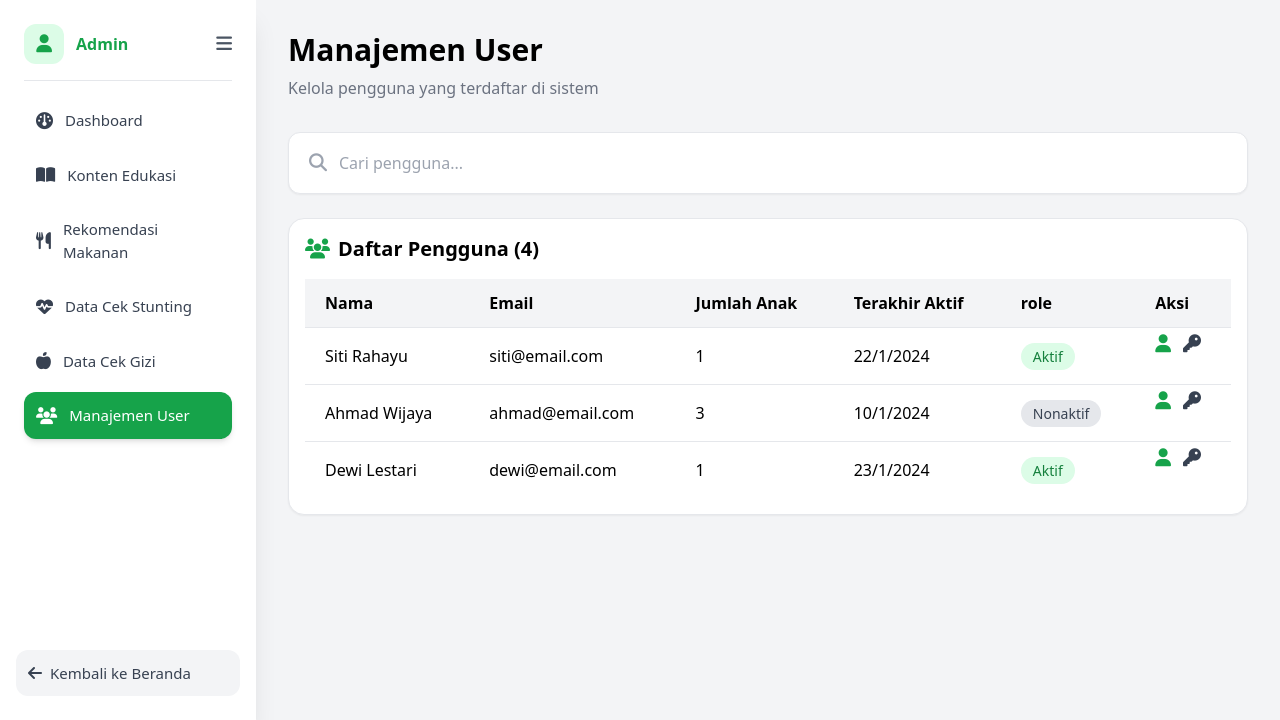
Repository: crashyet/stunting-cerdas
Page: http://localhost/admin/manajemen-user
These files come from the project's save history. The page is drawn as it stood at one moment and after a run of saves; the edit follows.
The browser window is 1280 px wide. The pictures show the whole page.
Some web libraries are served in a nearby version. The page is served by the project's Laravel application, run on PHP 8.4 with Laravel 12. A made-up administrator, Test User (test@example.com), is signed in. Queries for data that is not in the repository find no rows.

Above is the page before, as saved 2025-12-09 15:14:44.

After the next 2 saves:
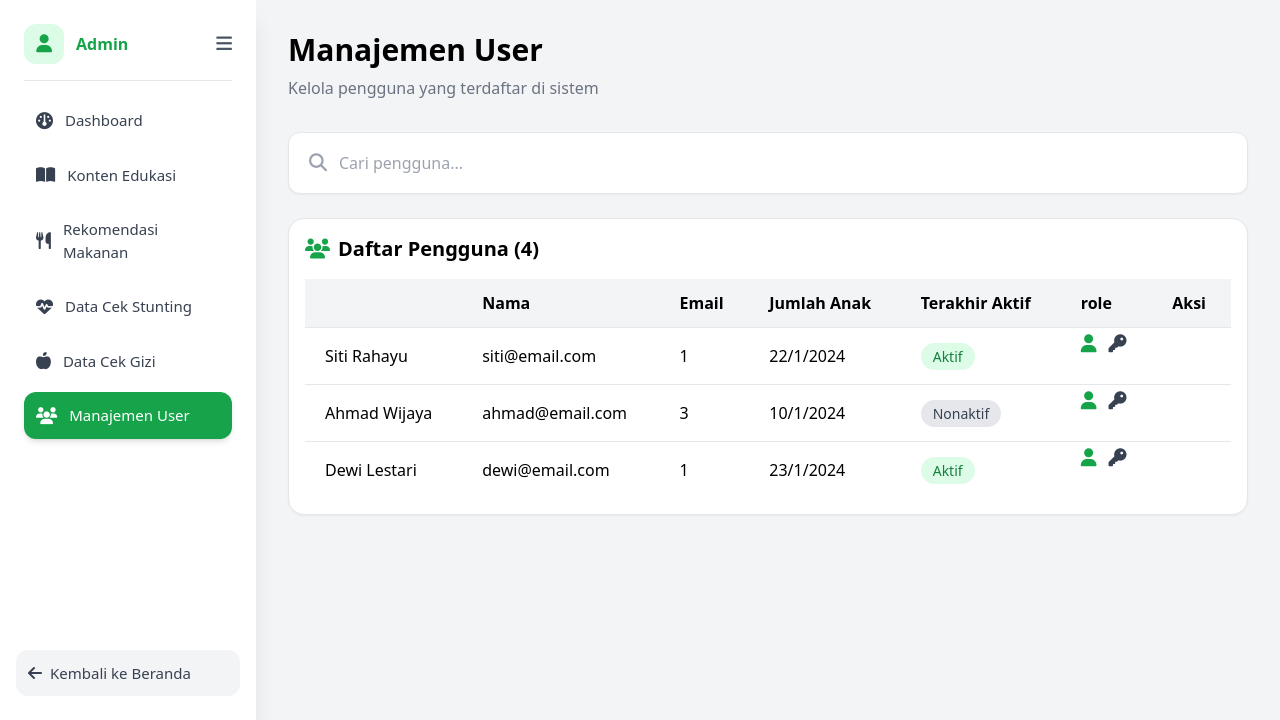
The 2 saves are shown as one change because they came seconds apart.
The last was saved 43 s later.
--- a/resources/views/admin/manajemen-user.blade.php
+++ b/resources/views/admin/manajemen-user.blade.php
@@ -32,6 +32,7 @@
         <table class="w-full text-left">
             <thead class="bg-gray-100 border-b">
                 <tr>
+                    <th></th>
                     <th class="py-3 px-5">Nama</th>
                     <th class="py-3 px-5">Email</th>
                     <th class="py-3 px-5">Jumlah Anak</th>

After the save that followed:
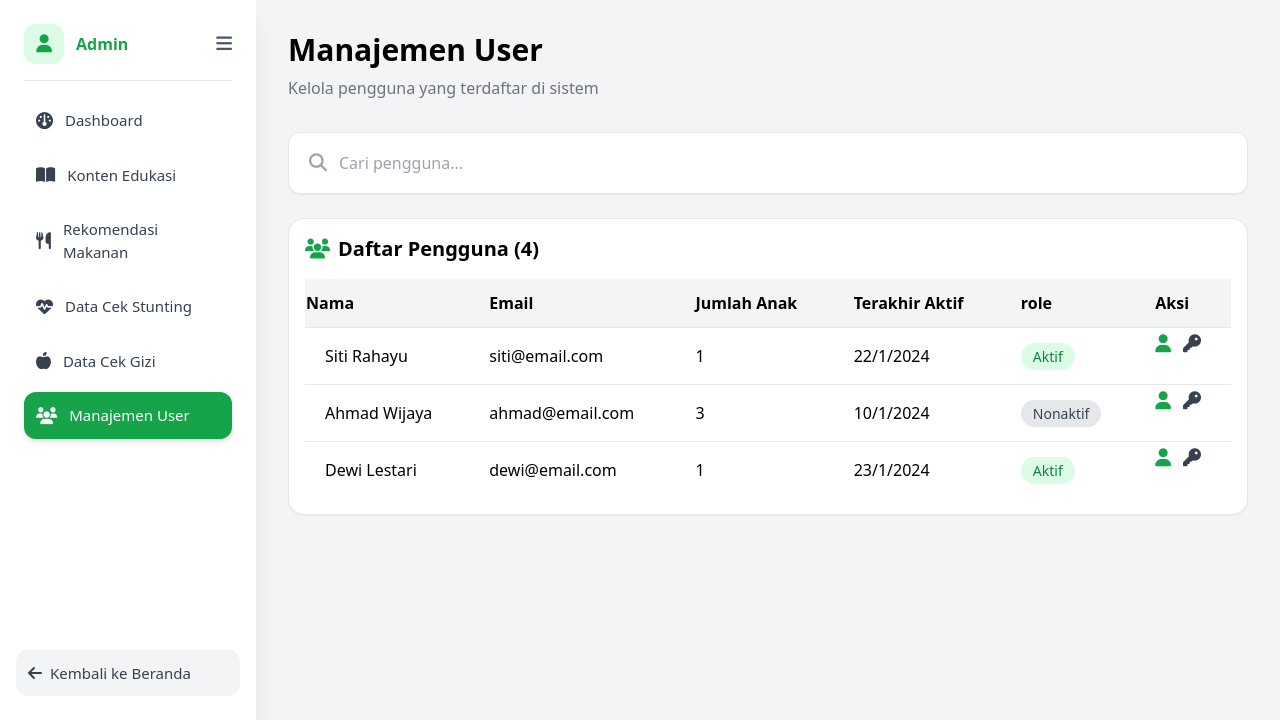
Saved 8 s later.
--- a/resources/views/admin/manajemen-user.blade.php
+++ b/resources/views/admin/manajemen-user.blade.php
@@ -32,8 +32,8 @@
         <table class="w-full text-left">
             <thead class="bg-gray-100 border-b">
                 <tr>
-                    <th></th>
-                    <th class="py-3 px-5">Nama</th>
+                    <thclass="py-3 px-5"></thclass=>
+                    <th >Nama</th>
                     <th class="py-3 px-5">Email</th>
                     <th class="py-3 px-5">Jumlah Anak</th>
                     <th class="py-3 px-5">Terakhir Aktif</th>
